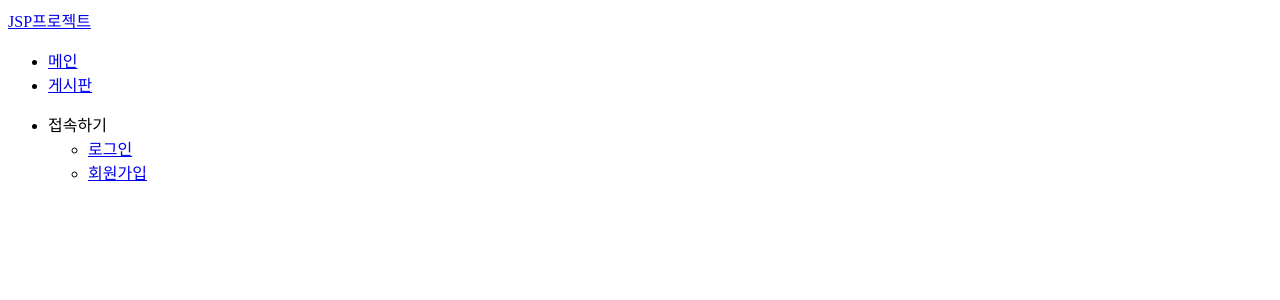
Repository: KimJeongSeok98/ComputerDepartmentPage-JSP
Page: http://localhost/JSP/join.jsp
These files come from the project's save history. The page is drawn as it stood at one moment and after the next save; the edit follows.
The browser window is 1280 px wide. The pictures show the whole page.
The page is served by Tomcat 9. Other server files are loaded and not shown.

Above is the page before, as saved 2022-06-02 13:24:13.

### JSP/src/main/webapp/join.jsp
<%@ page language="java" contentType="text/html; charset=UTF-8"
    pageEncoding="UTF-8"%>
<!DOCTYPE html>
<html>
<head>
<meta charset="UTF-8">
<title>메인페이지</title>
</head>
<body>
<div>
<a href="main.jsp">JSP프로젝트</a> <!--좌측 상단 메인페이지 연결-->
</div>
<div>
	<ul>
		<li>
		<a href="main.jsp">메인</a> <!--좌측 상단 메인페이지 연결-->
		</li>
		<li>
		<a href="bbs.jsp">게시판</a> <!--좌측 상단 메인페이지 연결-->
		</li>
	</ul>

	<ul>
		<li>
			<a>접속하기</a>
			<ul>
				<li>
				<a href="login.jsp">로그인</a><!--로그인 jsp로 이동-->
				</li>
				<li>
				<a href="join.jsp">회원가입</a><!--회원가입 jsp로 이동-->
				</li>
			</ul>
		</li>
	</ul>

</div>
</body>
</html>

After the next save:
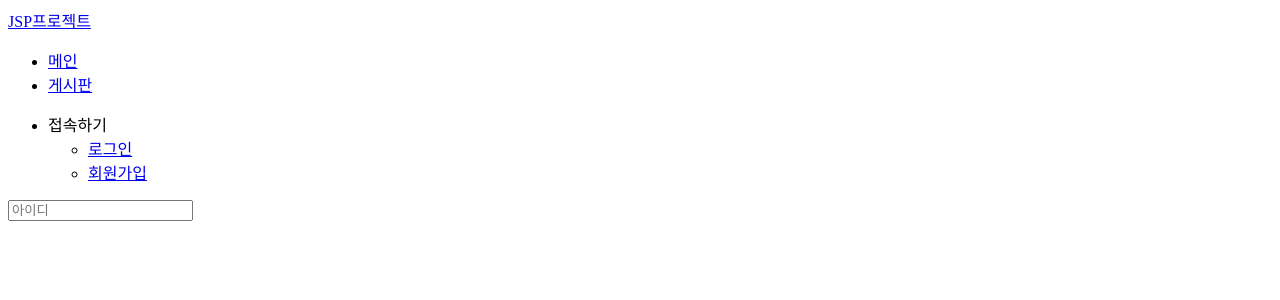
Saved 3 min 55 s later.
--- a/JSP/src/main/webapp/join.jsp
+++ b/JSP/src/main/webapp/join.jsp
@@ -33,7 +33,11 @@
 			</ul>
 		</li>
 	</ul>
-
+</div>
+<div class="container"> <!--로그인 양식 생성-->
+	<form method="post" action="loginAction.jsp">
+		<input type="text" class="form-control" placeholder="아이디" name="userID">
+	</form>
 </div>
 </body>
 </html>
